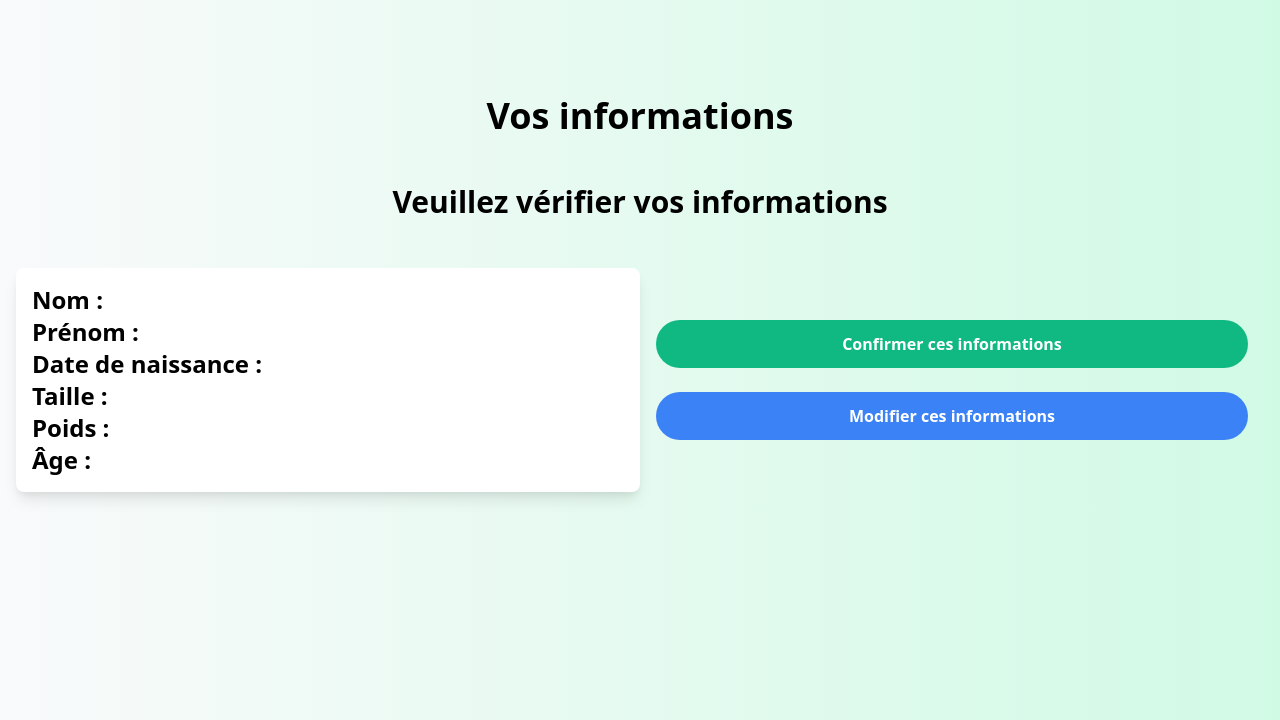
Repository: Ptitlu42/WorkShop2024-2025
Page: informations.html
These files come from the project's save history. The page is drawn as it stood at one moment and after the next save; the edit follows.
The browser window is 1280 px wide. The pictures show the whole page.

Above is the page before, as saved 2024-10-07 14:50:28.

### informations.html
<!DOCTYPE html>
<html class="scroll-smooth">
	<head>
		<title>Borne</title>
		<meta charset="utf-8">
		<link href="https://unpkg.com/tailwindcss@^2/dist/tailwind.min.css" rel="stylesheet">
		<link rel="stylesheet" href="main.css">
        <script src="main.js"></script>
	</head>
	<body class="bg-gradient-to-r from-gray-50 to-green-100">
    <div class="container mx-auto p-4 pt-24">
      <h2 class="text-4xl text-center font-bold">Vos informations</h2>
      <p class="text-3xl text-center pt-12 font-bold">Veuillez vérifier vos informations</p>
      <div class="flex flex-col sm:flex-row justify-center items-center mt-12">
        <div class="flex flex-col w-full sm:w-1/2 p-4 bg-white rounded-lg shadow-lg">
          <p class="text-2xl font-bold">Nom : <span id="nom" class="text-2xl font-normal"></span></p>
          <p class="text-2xl font-bold">Prénom : <span id="prenom" class="text-2xl font-normal"></span></p>
          <p class="text-2xl font-bold">Date de naissance : <span id="dateNaissance" class="text-2xl font-normal"></span></p>
          <p class="text-2xl font-bold">Taille : <span id="taille" class="text-2xl font-normal"></span></p>
          <p class="text-2xl font-bold">Poids : <span id="poids" class="text-2xl font-normal"></span></p>
          <p class="text-2xl font-bold">Âge : <span id="age" class="text-2xl font-normal"></span></p>
        </div>
        <div class="flex flex-col w-full sm:w-1/2 p-4">
          <button class="bg-green-500 hover:bg-green-700 text-white font-bold py-3 px-6 rounded-full" id="confirmer">Confirmer ces informations</button>
          <button class="bg-blue-500 hover:bg-blue-700 text-white font-bold py-3 px-6 rounded-full mt-6" id="modifier">Modifier ces informations</button>
        </div>
      </div>
    </div>
  </body>

### main.js
  function redirect() {
    window.location.href = "informations.html";
  }

Loaded but not shown: main.css (no stored copy; drawn as an empty file)

After the next save:
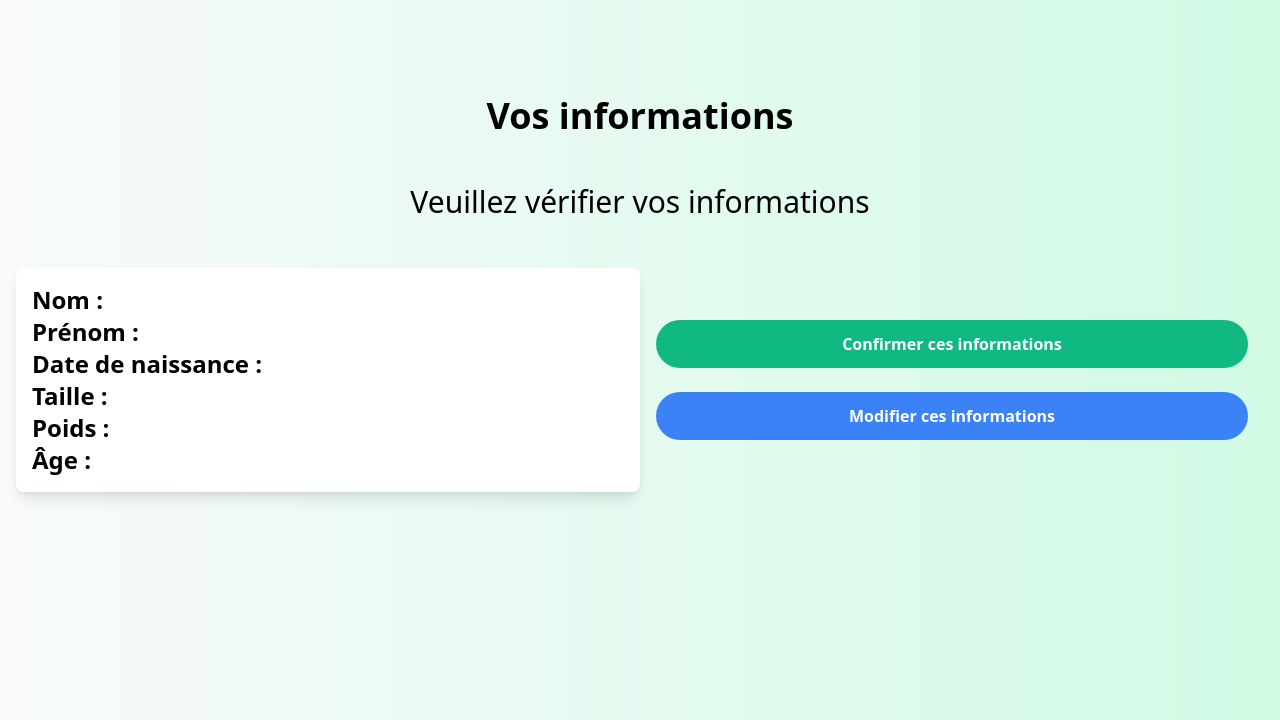
Saved 52 s later.
--- a/informations.html
+++ b/informations.html
@@ -10,7 +10,7 @@
 	<body class="bg-gradient-to-r from-gray-50 to-green-100">
     <div class="container mx-auto p-4 pt-24">
       <h2 class="text-4xl text-center font-bold">Vos informations</h2>
-      <p class="text-3xl text-center pt-12 font-bold">Veuillez vérifier vos informations</p>
+      <p class="text-3xl text-center pt-12">Veuillez vérifier vos informations</p>
       <div class="flex flex-col sm:flex-row justify-center items-center mt-12">
         <div class="flex flex-col w-full sm:w-1/2 p-4 bg-white rounded-lg shadow-lg">
           <p class="text-2xl font-bold">Nom : <span id="nom" class="text-2xl font-normal"></span></p>
